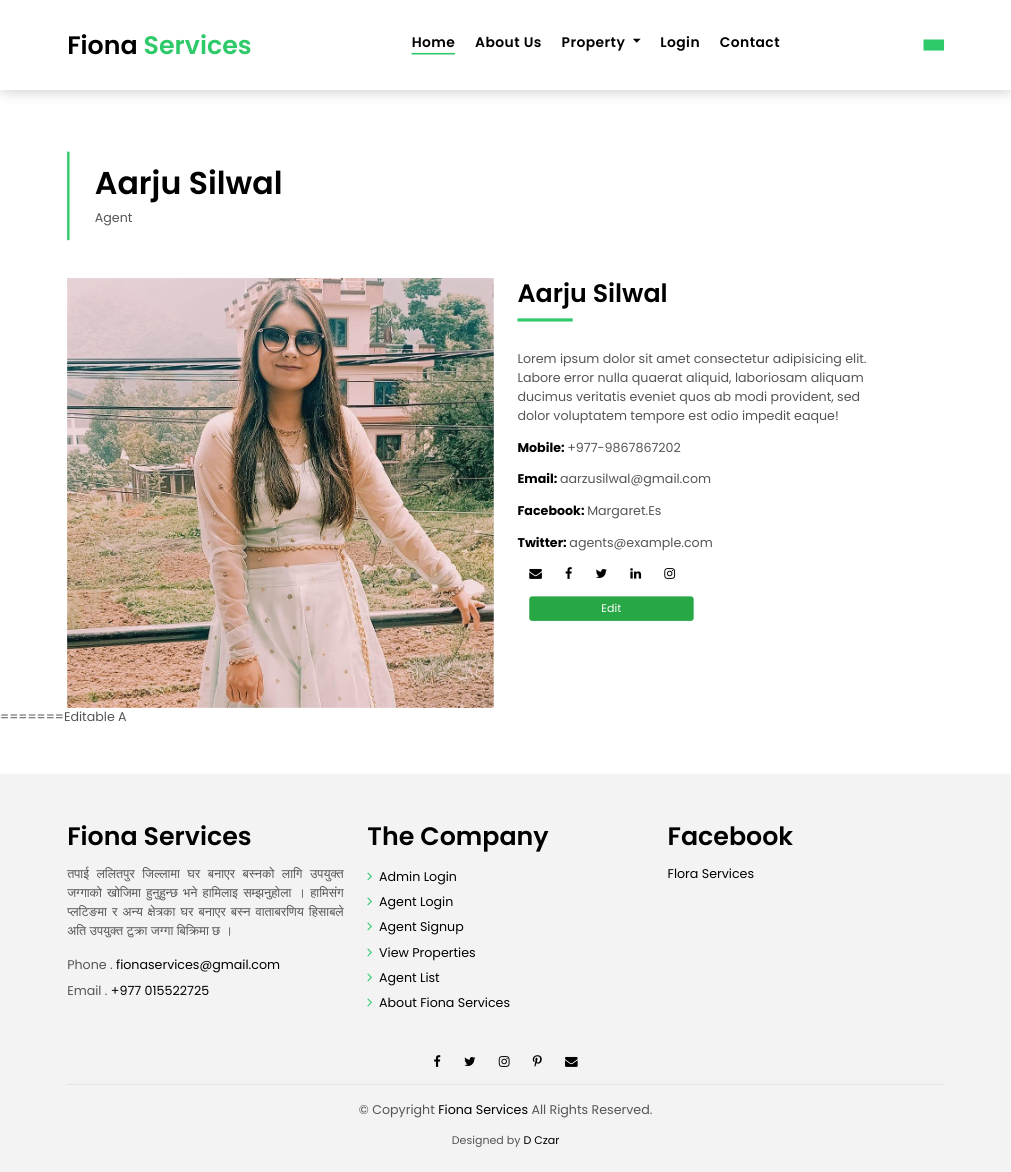
Repository: Sjuicyy/realstate
Page: profile.html
The author's editor kept a copy of each file at every save. The page is drawn from the files as they stood at one save, then again after a run of saves.
The browser window is 1280 px wide. The pictures show the whole page, at 79% of full size.

Above is the page before, as saved 2022-10-16 14:50:03.

After the next 5 saves:
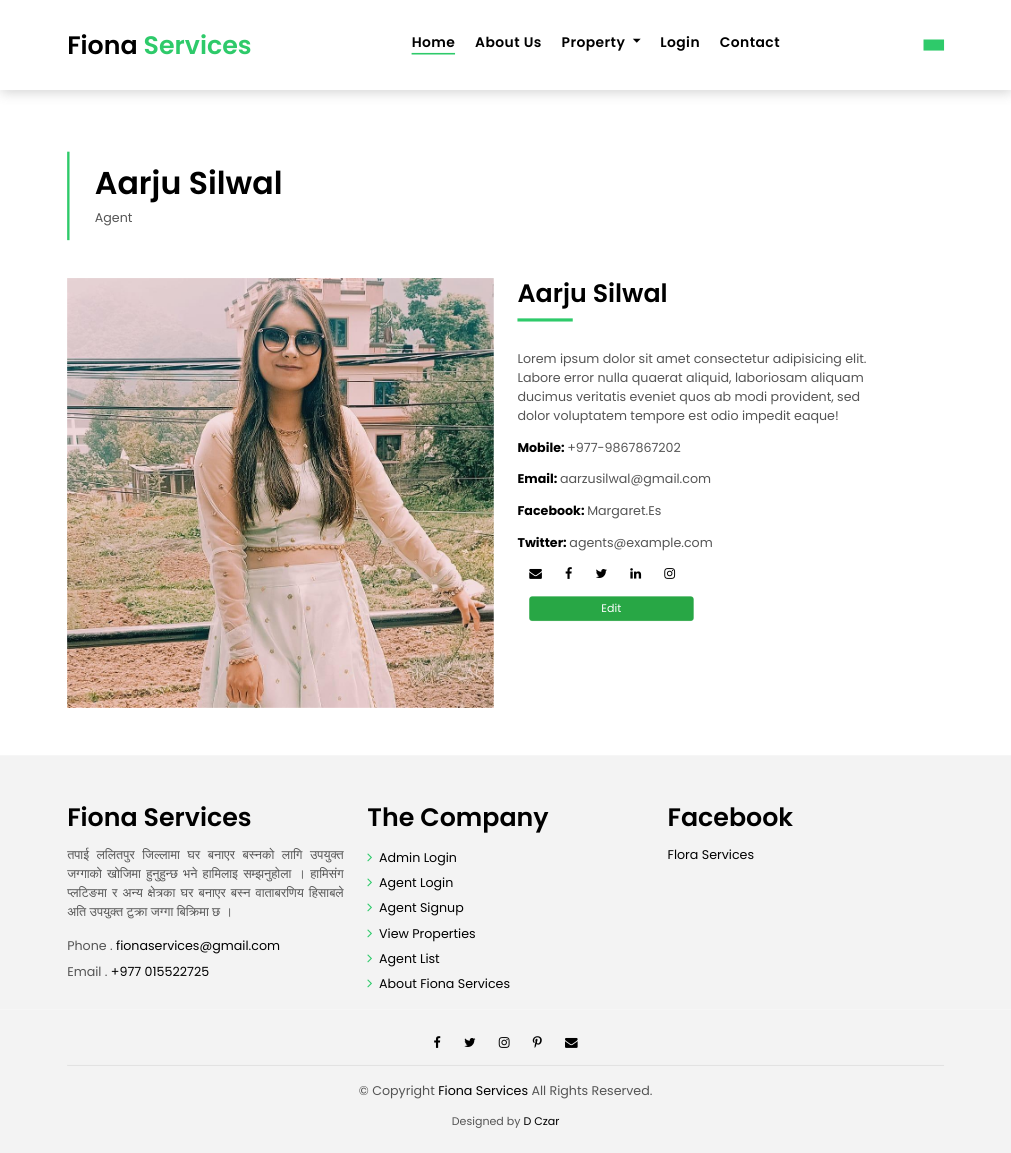
The 5 saves are shown as one change because they came seconds apart.
The last was saved 15 s later.
--- a/profile.html
+++ b/profile.html
@@ -195,7 +195,8 @@
 
 
 
-    =======Editable A
+    <!-- =======Editable Agent Section start ======== -->
+    <!-- =======Editable Agent Section start ======== -->
 
     <!--/ footer 1 Star /-->
     <section class="section-footer">
